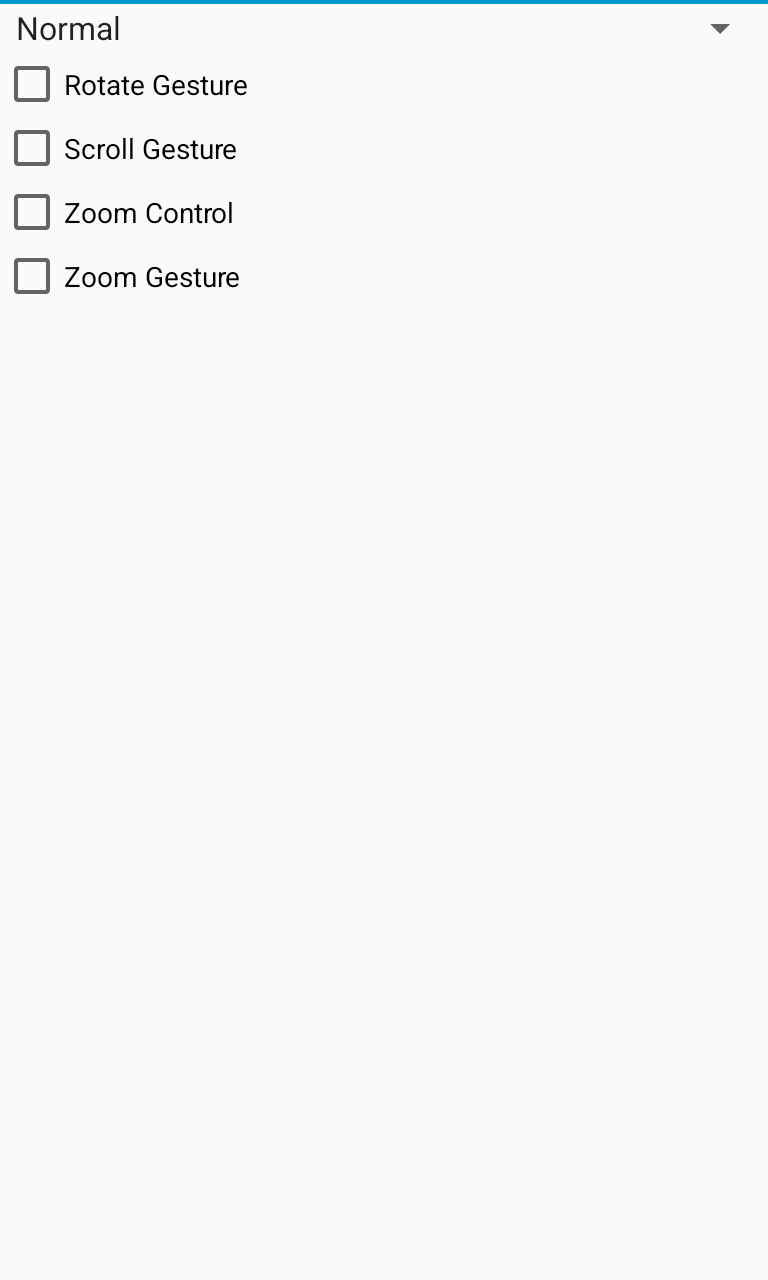
Repository: G3rcar/Android-I
Layout: Clasem202OptionsMap/res/layout/dialog_show_options.xml
An editor plug-in stored every save of this project. The layout is shown before and after the next save, followed by the edit.
It is drawn on a 768 x 1280 px phone screen (xhdpi) without system bars, with theme Theme.AppCompat.Light.DarkActionBar; the app's code is not run.

Above is the layout before, as saved 2013-11-21 13:38:37.

After the next save:
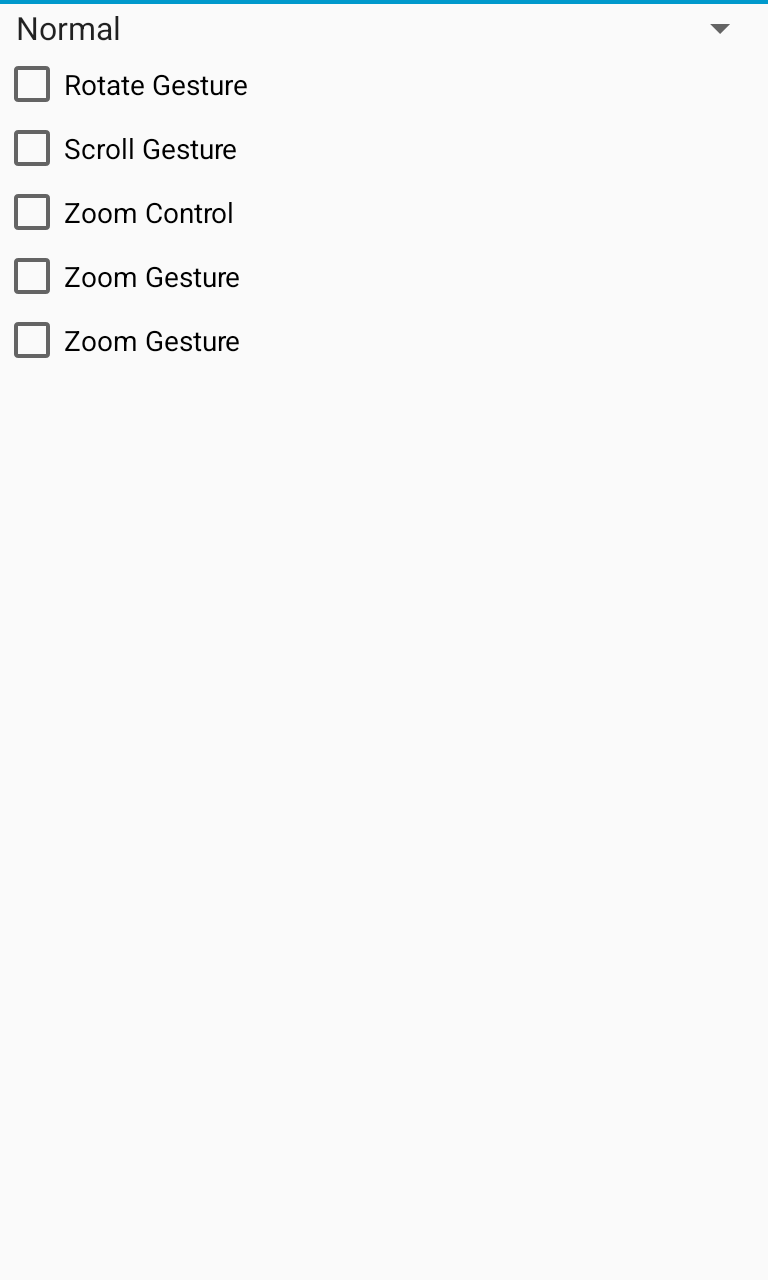
Saved 22 s later.
--- a/Clasem202OptionsMap/res/layout/dialog_show_options.xml
+++ b/Clasem202OptionsMap/res/layout/dialog_show_options.xml
@@ -38,4 +38,10 @@
         android:layout_height="wrap_content"
         android:text="@string/lblzoomgesture" />
 
+    <CheckBox
+        android:id="@+id/chkMyLocation"
+        android:layout_width="wrap_content"
+        android:layout_height="wrap_content"
+        android:text="@string/lblzoomgesture" />
+
 </LinearLayout>
